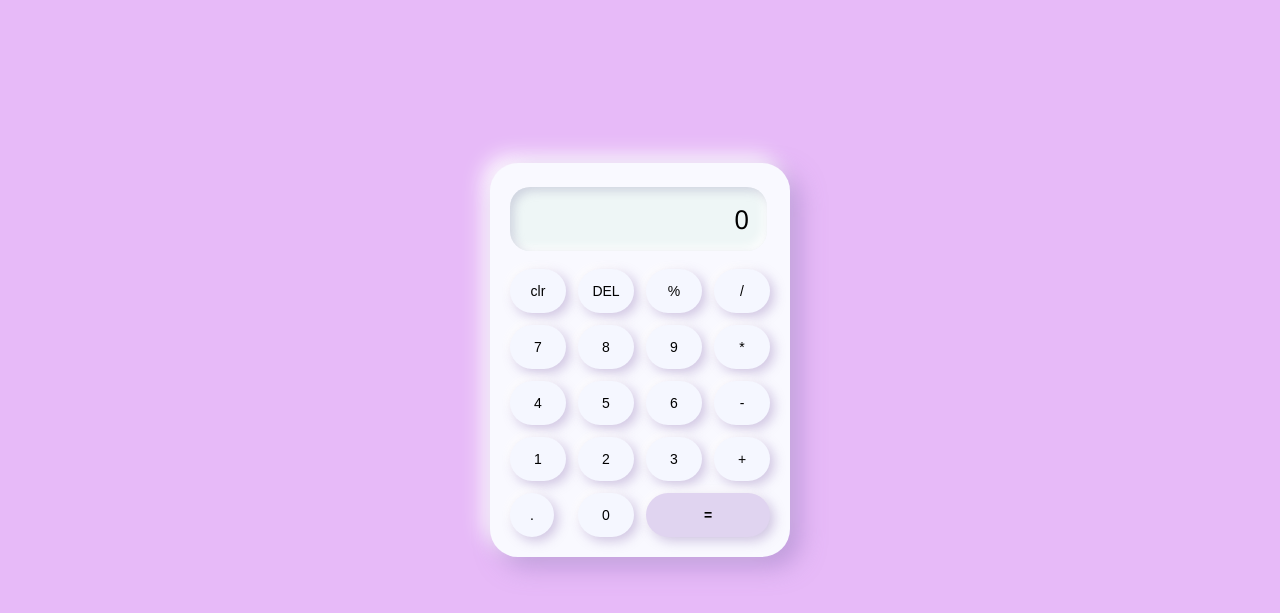
Repository: meti-guda/simple-calculator
Page: index.html
These files come from the project's save history. The page is drawn as it stood at one moment and after the next save; the edit follows.
The browser window is 1280 px wide. The pictures show the whole page.
The pointer rests on the first visible `.equal`.

Above is the page before, as saved 2025-12-11 12:34:05.

### index.html
<!DOCTYPE html>
<html lang="en">
  <head>
    <meta charset="UTF-8" />
    <title>Simple Calculator</title>
    <link rel="stylesheet" href="style.css" />
  </head>
  <body>
    <div class="contianer">
      <div class="calculator">
        <div class="display">
          <div class="expression" id="expression">0</div>
        </div>

        <div class="values">
          <button data-action="clear">clr</button>
          <button data-action="del">DEL</button>
          <button data-value="%">%</button>
          <button data-value="/">/</button>

          <button data-value="7">7</button>
          <button data-value="8">8</button>
          <button data-value="9">9</button>
          <button data-value="*">*</button>

          <button data-value="4">4</button>
          <button data-value="5">5</button>
          <button data-value="6">6</button>
          <button data-value="-">-</button>

          <button data-value="1">1</button>
          <button data-value="2">2</button>
          <button data-value="3">3</button>
          <button data-value="+">+</button>

          <button class="dot" data-value=".">.</button>
          <button data-value="0">0</button>
          <button class="equal" data-action="equals">=</button>
        </div>
      </div>
    </div>

    <script src="index.js"></script>
  </body>
</html>

### style.css
body {
  min-height: 100vh;
  display: flex;
  align-items: center;
  justify-content: center;
  background-color: #e7baf8;
  font-family: "Segoe UI", system-ui, sans-serif;
  box-sizing: border-box;
  margin: 0;
  padding: 0;
}

.container {
  padding: 16px;
}

.calculator {
  width: 260px;
  padding: 24px 20px 20px;
  border-radius: 28px;
  background-color: #f9f9ff;
  box-shadow: 10px 10px 25px rgba(150, 121, 189, 0.5),
    -8px -8px 20px rgba(255, 255, 255, 0.95);
}

.display {
  width: 85%;
  height: 64px;
  border-radius: 20px;
  background-color: #eef6f6;
  box-shadow: inset 4px 4px 10px rgba(161, 161, 190, 0.4),
    inset -4px -4px 10px rgba(255, 255, 255, 0.9);
  display: flex;
  align-items: center;
  justify-content: flex-end;
  padding: 0 18px;
  margin-bottom: 18px;
  overflow: hidden;
}

.expression {
  font-size: 26px;
  color: #000;
  white-space: nowrap;
}

.values {
  display: grid;
  grid-template-columns: repeat(4, 1fr);
  grid-gap: 12px;
}

.values button {
  border: none;
  outline: none;
  height: 44px;
  border-radius: 999px;
  background-color: #f5f7ff;
  box-shadow: 4px 4px 12px rgba(157, 132, 188, 0.45),
    -3px -3px 9px rgba(255, 255, 255, 1);
  color: #000;
  font-size: 14px;
  cursor: pointer;
  transition: transform 0.08s ease, box-shadow 0.08s ease, background 0.1s;
}

.values button:active {
  transform: translateY(1px);
  box-shadow: inset 3px 3px 8px rgba(157, 132, 188, 0.45),
    inset -2px -2px 6px rgba(255, 255, 255, 1);
}

.dot {
  justify-self: flex-start;
  width: 44px;
}

.equal {
  grid-column: span 2;
  font-weight: 600;
  box-shadow: 4px 4px 12px rgba(160, 100, 150, 0.6),
    -3px -3px 9px rgba(255, 255, 255, 1);
}
.equal:hover {
  background-color: #e0d4f0;
}
.equal:active {
  box-shadow: inset 3px 3px 8px rgba(160, 100, 150, 0.6),
    inset -2px -2px 6px rgba(255, 255, 255, 1);
}

@media (max-width: 400px) {
  .calculator {
    width: 230px;
    padding: 20px 16px 16px;
  }
}

### index.js
class Calculator {
  constructor() {
    this.displayValue = "0";
    this.previousValue = null;
    this.operation = null;
    this.shouldResetDisplay = false;

    // your display div has class="expression"
    this.displayElement = document.querySelector(".expression");

    this.setupEventListeners();
    this.updateDisplay();
  }

  setupEventListeners() {
    // number buttons: have data-value with 0–9 but NO data-action
    document.querySelectorAll(".values button").forEach((btn) => {
      const action = btn.dataset.action;
      const value = btn.dataset.value;

      if (!action && value !== undefined) {
        // treat as number or dot key
        if (value === ".") {
          btn.addEventListener("click", () => this.handleDecimal());
        } else {
          btn.addEventListener("click", () => this.handleNumber(value));
        }
      } else if (action) {
        // action keys
        if (action === "equals") {
          btn.addEventListener("click", () => this.handleEquals());
        } else if (action === "clear") {
          btn.addEventListener("click", () => this.handleClear());
        } else if (action === "del") {
          btn.addEventListener("click", () => this.handleDelete());
        }
      }

      // operator keys have data-value of + - * / %
      if (["+", "-", "*", "/", "%"].includes(value)) {
        btn.addEventListener("click", () => this.handleOperator(value));
      }
    });

    // keyboard support
    document.addEventListener("keydown", (e) => this.handleKeyboard(e));
  }

  handleNumber(num) {
    if (this.shouldResetDisplay) {
      this.displayValue = num;
      this.shouldResetDisplay = false;
    } else {
      this.displayValue =
        this.displayValue === "0" ? num : this.displayValue + num;
    }
    this.updateDisplay();
  }

  handleDecimal() {
    if (this.shouldResetDisplay) {
      this.displayValue = "0.";
      this.shouldResetDisplay = false;
    } else if (!this.displayValue.includes(".")) {
      this.displayValue += ".";
    }
    this.updateDisplay();
  }

  handleOperator(op) {
    const current = parseFloat(this.displayValue);

    if (this.previousValue === null) {
      this.previousValue = current;
    } else if (this.operation) {
      const result = this.calculate(
        this.previousValue,
        current,
        this.operation
      );
      this.displayValue = this.formatResult(result);
      this.previousValue = result;
      this.updateDisplay();
    }

    this.operation = op;
    this.shouldResetDisplay = true;
  }

  handleEquals() {
    if (this.operation === null || this.previousValue === null) {
      return;
    }

    const current = parseFloat(this.displayValue);
    const result = this.calculate(this.previousValue, current, this.operation);
    this.displayValue = this.formatResult(result);
    this.previousValue = null;
    this.operation = null;
    this.shouldResetDisplay = true;
    this.updateDisplay();
  }

  handleClear() {
    this.displayValue = "0";
    this.previousValue = null;
    this.operation = null;
    this.shouldResetDisplay = false;
    this.updateDisplay();
  }

  handleDelete() {
    if (this.displayValue === "0" || this.shouldResetDisplay) {
      return;
    }
    this.displayValue = this.displayValue.slice(0, -1) || "0";
    this.updateDisplay();
  }

  calculate(prev, current, op) {
    switch (op) {
      case "+":
        return prev + current;
      case "-":
        return prev - current;
      case "*":
        return prev * current;
      case "/":
        return current !== 0 ? prev / current : 0;
      case "%":
        return prev % current;
      default:
        return current;
    }
  }

  formatResult(num) {
    return parseFloat(num.toFixed(10)).toString();
  }

  handleKeyboard(e) {
    if (e.key >= "0" && e.key <= "9") this.handleNumber(e.key);
    if (e.key === ".") this.handleDecimal();
    if (["+", "-", "*", "/", "%"].includes(e.key)) {
      e.preventDefault();
      this.handleOperator(e.key);
    }
    if (e.key === "Enter" || e.key === "=") {
      e.preventDefault();
      this.handleEquals();
    }
    if (e.key === "Backspace") {
      e.preventDefault();
      this.handleDelete();
    }
    if (e.key === "Escape") {
      e.preventDefault();
      this.handleClear();
    }
  }

  updateDisplay() {
    this.displayElement.textContent = this.displayValue;
  }
}

// create calculator once DOM is loaded
document.addEventListener("DOMContentLoaded", () => {
  new Calculator();
});

After the next save:
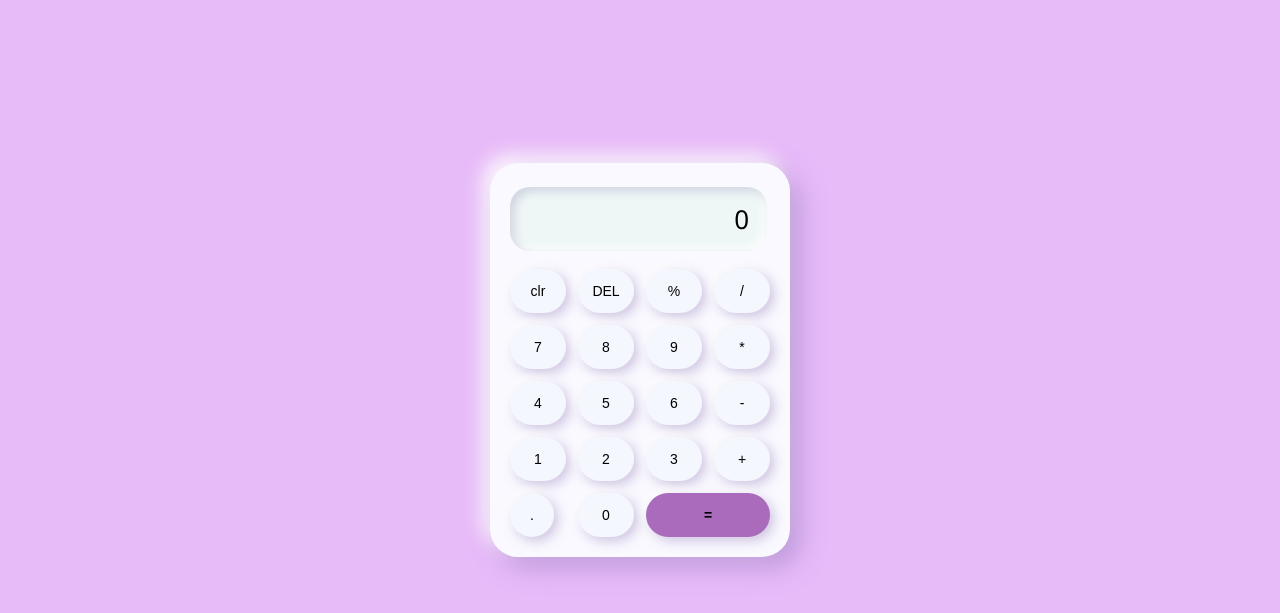
Saved 38 s later.
--- a/style.css
+++ b/style.css
@@ -82,7 +82,7 @@ body {
     -3px -3px 9px rgba(255, 255, 255, 1);
 }
 .equal:hover {
-  background-color: #e0d4f0;
+  background-color: #aa6bbd;
 }
 .equal:active {
   box-shadow: inset 3px 3px 8px rgba(160, 100, 150, 0.6),
